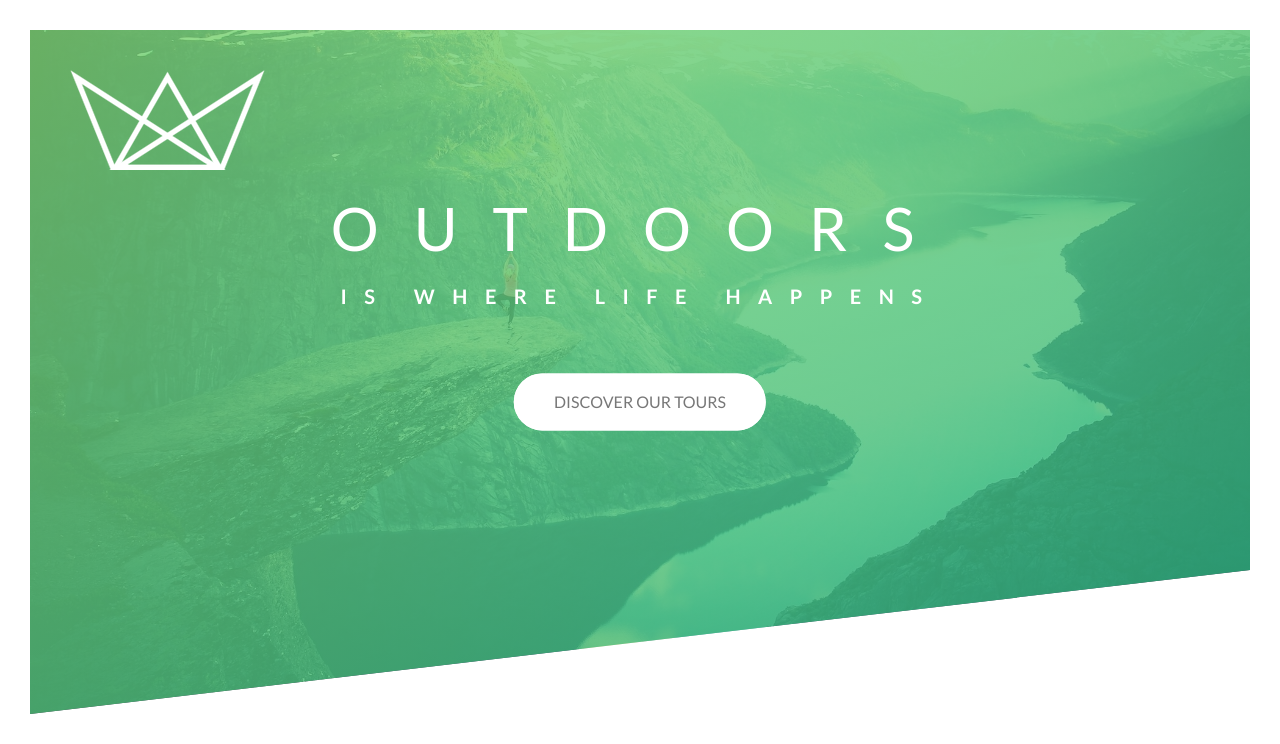
Repository: MalgorzataMazur/Natours
Page: index.html
An editor plug-in stored every save of this project. The page is shown before and after the next save, followed by the edit.
The browser window is 1280 px wide. The pictures show the whole page.

Above is the page before, as saved 2020-01-14 19:41:44.

After the next save:
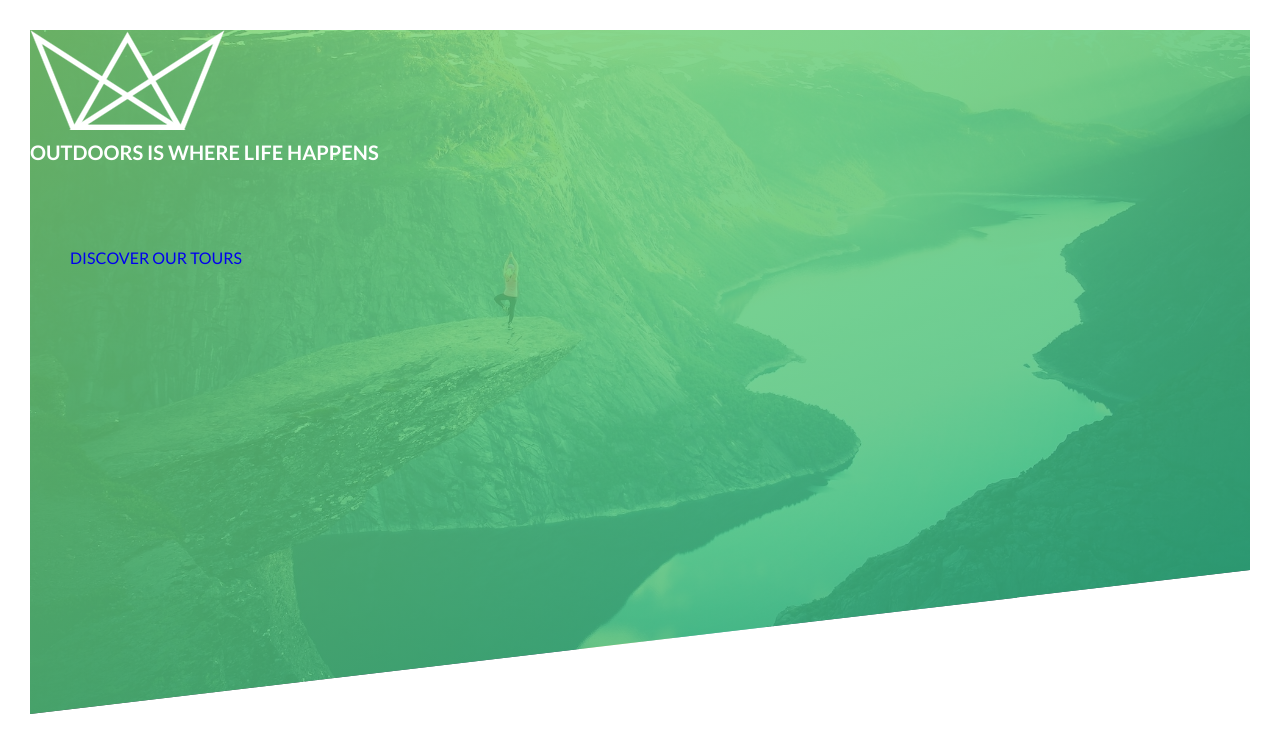
Saved 69 min 1 s later.
--- a/css/style.css
+++ b/css/style.css
@@ -8,7 +8,9 @@ Dark green: #28b485
 */
 
 /* universal selector */    /* that is BASIC RESET! */
-* {
+*,
+*::after,
+*::before {
     margin: 0;
     padding: 0;
     box-sizing: inherit;
@@ -43,17 +45,17 @@ body {
 
 }
 
-.logo-box {
+.header__logo-box {
     position: absolute;                    /* in the left corner */
     top: 4rem;
     left: 4rem;
 }
 
-.logo {
+.header__logo {
     height: 3,5rem;
 }
 
-.text-box {
+.header__text-box {
     position: absolute;
     top: 40%;                          /* top&left they're in relation to the parent element  */
     left: 50%;
@@ -69,7 +71,7 @@ body {
     margin-bottom: 6rem;                 /* a little bit like to the top, shaky and it is to fix it  */
 }
 
-.heading-primary-main {
+.heading-primary--main {
     display: block;
     font-size: 6rem;
     font-weight: 400;
@@ -85,7 +87,7 @@ body {
 
 }
 
-.heading-primary-sub {
+.heading-primary--sub {
     display: block;
     font-size: 2rem;
     font-weight: 700;
@@ -160,7 +162,7 @@ body {
     transform: translateY(-1px);
     box-shadow: 0 .5rem 1rem rgba(0, 0, 0,.2)
 }
-.btn-white {
+.btn--white {
     background-color: #fff;
     color: #777;
 }
@@ -179,7 +181,7 @@ body {
 
 }
 
-.btn-white::after {
+.btn--white::after {
     background-color: #fff;
 }
 
@@ -188,7 +190,7 @@ body {
     opacity: 0;         /* opacity 0 sets sth to invisible basicilly, so btn disappear */
 }
 
-.btn-animated {   /* we ant to only this btn to animated from the bottom */
+.btn--animated {   /* we ant to only this btn to animated from the bottom */
     animation: moveInBottom .5s ease-out .75s;     /* here is delay the last property */
     animation-fill-mode: backwards;     /* btn is visible before animation, we don't want that so we use this property and we set WSTECZ it means automacily the style up to 0% (moveinbottom) before the animation starts*/
 }

After the save that followed:
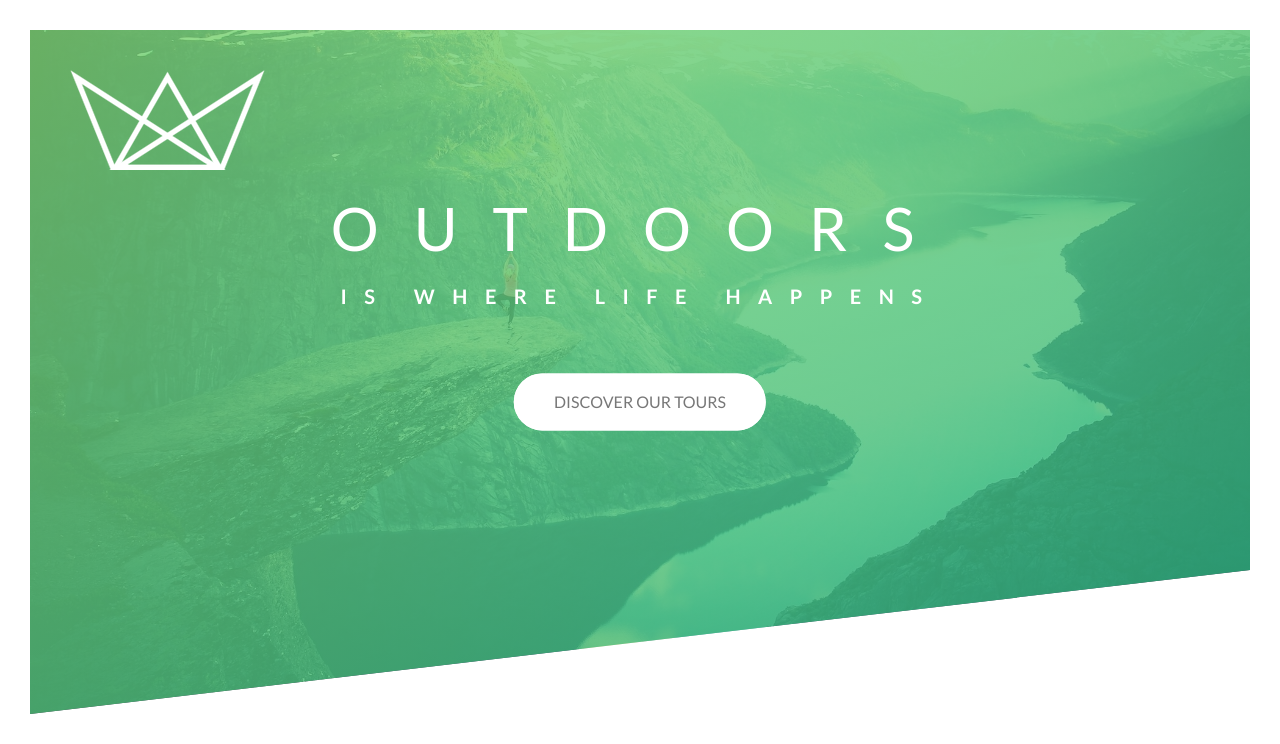
Saved 1 s later.
--- a/index.html
+++ b/index.html
@@ -15,18 +15,17 @@
 </head>
 <body>
     <header class="header">  <!-- green field -->
-        <div class="logo-box">
-            <img src="img/logo-white.png" alt="Logo" class="logo">
+        <div class="header__logo-box">
+            <img src="img/logo-white.png" alt="Logo" class="header__logo">
         </div>
 
-        <div class="text-box">
+        <div class="header__text-box">
             <h1 class="heading-primary">
-                <span class="heading-primary-main">Outdoors</span>
-                <span class="heading-primary-sub">is where life happens</span>
+                <span class="heading-primary--main">Outdoors</span>
+                <span class="heading-primary--sub">is where life happens</span>
             </h1>
-            <a href="#" class="btn btn-white btn-animated">Discover our tours</a>
+            <a href="#" class="btn btn--white btn--animated">Discover our tours</a>
         </div>
-
     </header>
 </body>
 </html>
